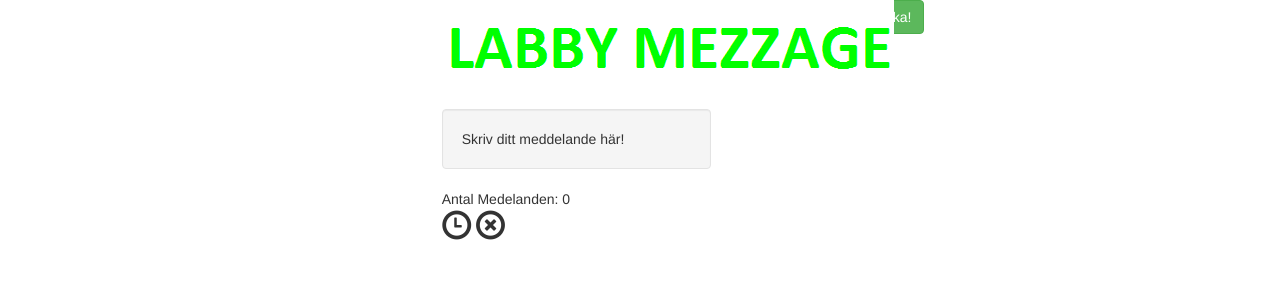
Repository: mc22dg/1dv403-laborationer
Page: 2-labbymezzage/index.html
The author's editor kept a record of every edit. The page is drawn from the files as they stood at one moment, then again after the next edit.
The browser window is 1280 px wide. The pictures show the whole page.

Above is the page before.
Console error (its wording comes from the project's code and is left out).

After the next edit:
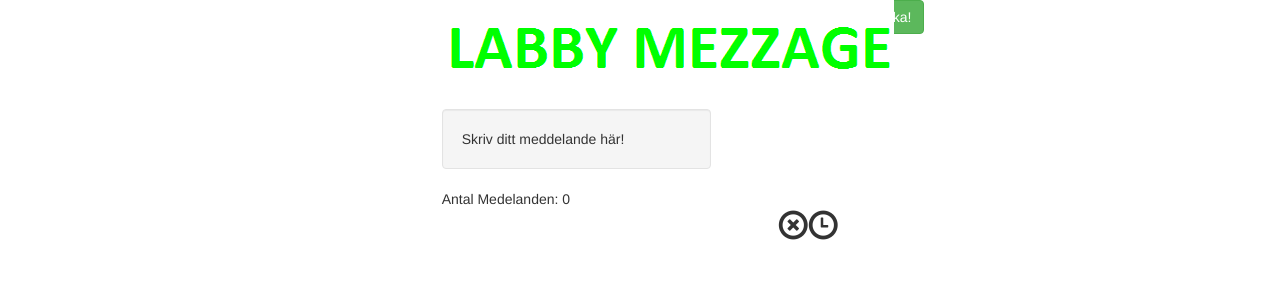
The edit:
--- a/2-labbymezzage/style.css
+++ b/2-labbymezzage/style.css
@@ -12,4 +12,5 @@
 
 .glyphicon{
 font-size: 30px;
+float: right;
 }
